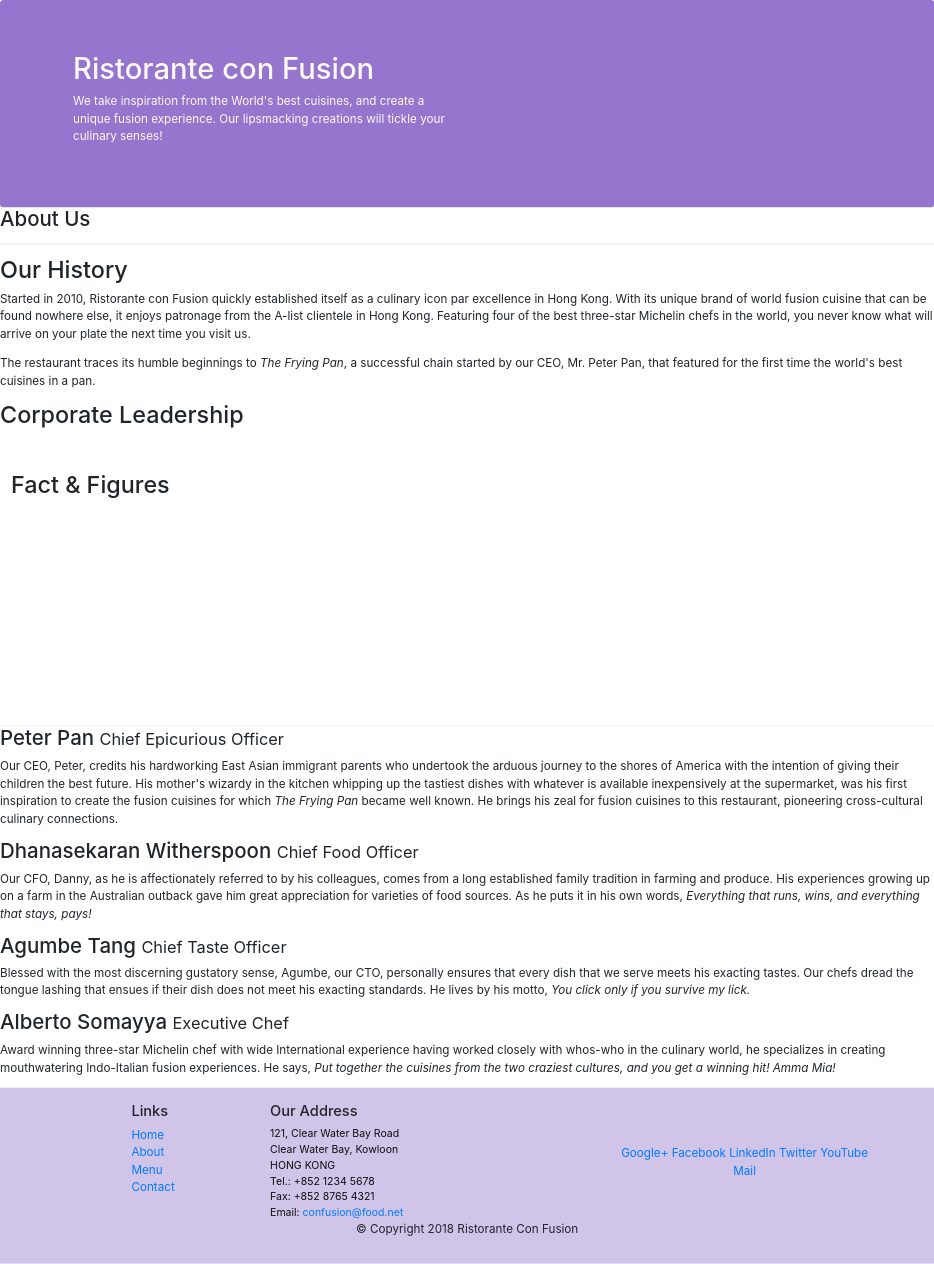
Repository: HwZau/conFusion
Page: aboutus.html
The author's editor kept a copy of each file at every save. The page is drawn from the files as they stood at one save, then again after a run of saves.
The browser window is 1280 px wide. The pictures show the whole page, at 73% of full size.

Above is the page before, as saved 2022-05-19 10:54:22.

After the next 4 saves:
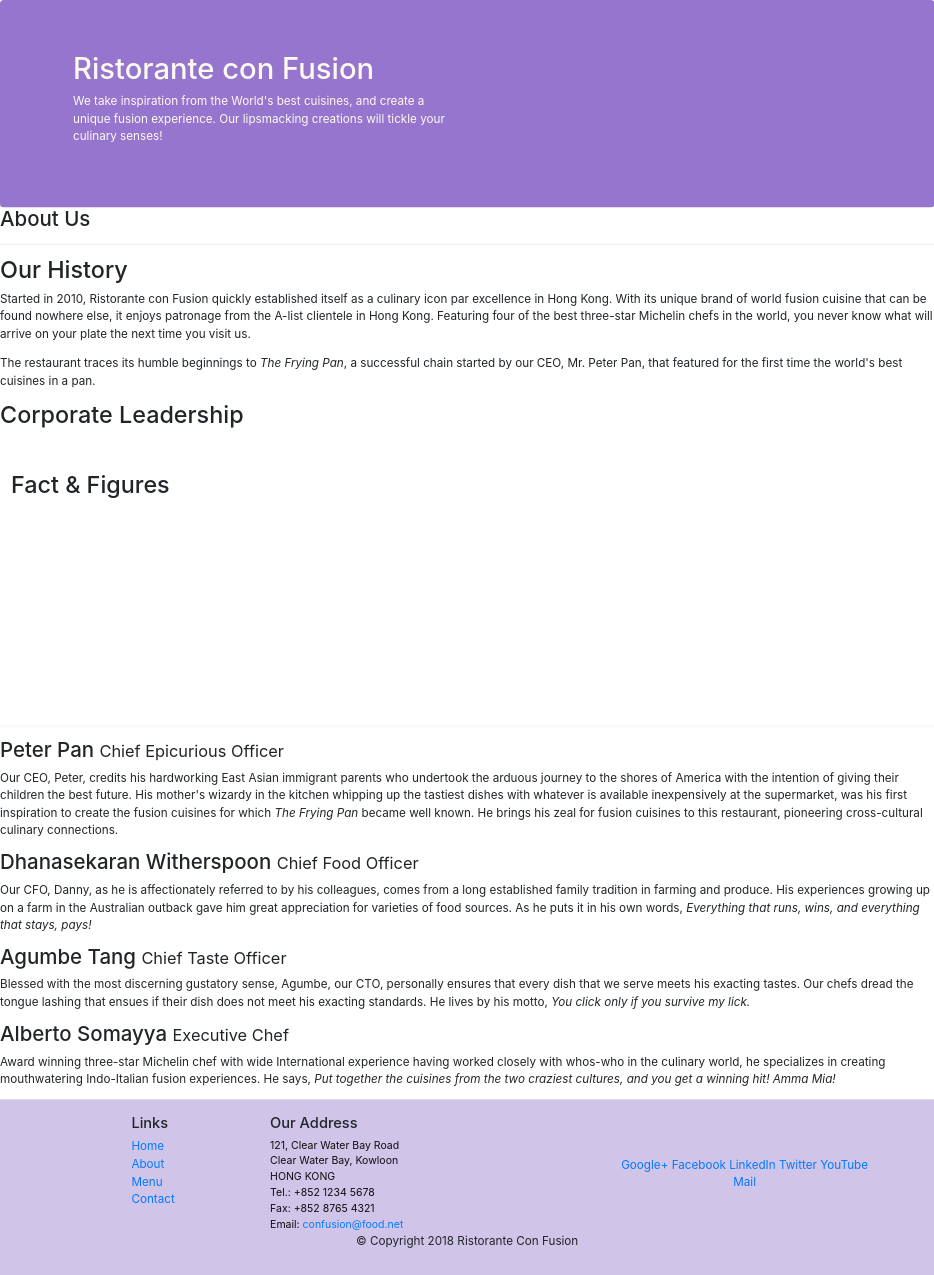
The 4 saves are shown as one change because they came seconds apart.
The last was saved 13 s later.
--- a/aboutus.html
+++ b/aboutus.html
@@ -82,7 +82,9 @@
             <div class="col-12 col-sm-3"></div>
           </div>
           <div class="table-responsive">
+            <table class="table table-striped">
 
+            </table>
           </div>
           <h3>Peter Pan <small>Chief Epicurious Officer</small></h3>
           <p>
